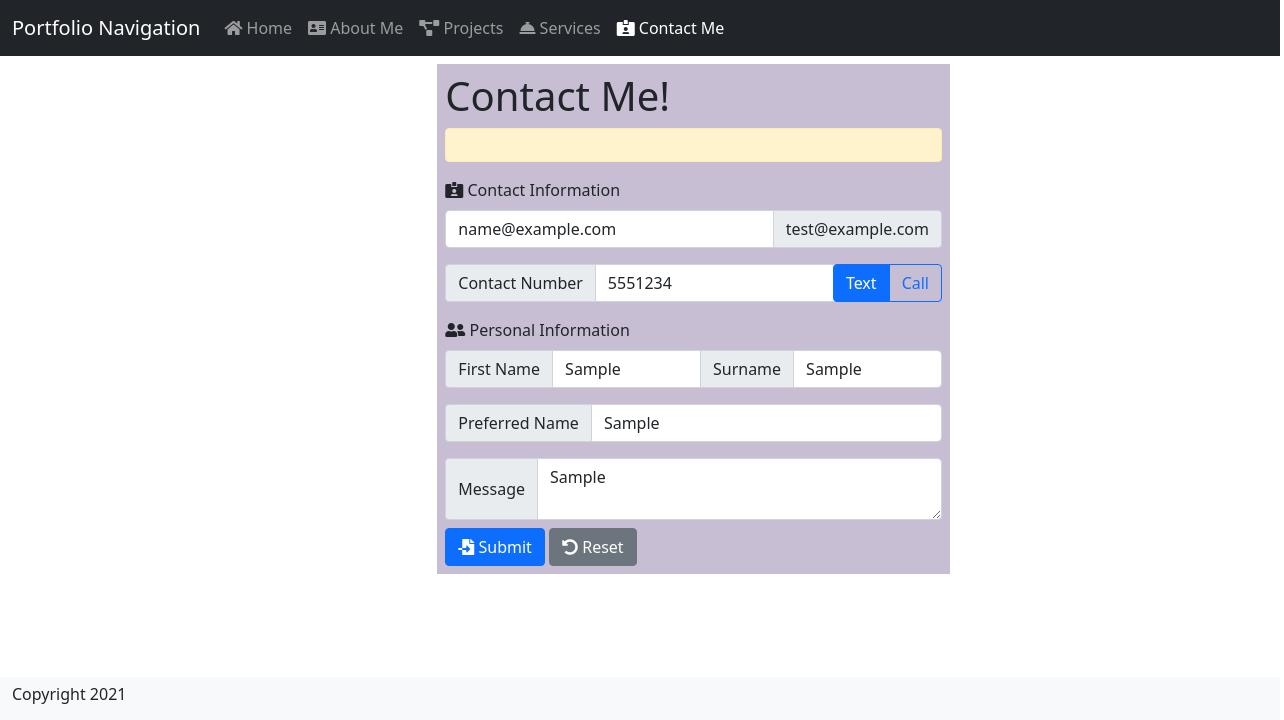
Repository: GarlicButterBoy/Portfolio
Page: contact.html
An editor plug-in stored every save of this project. The page is shown before and after a run of saves, followed by the edit.
The browser window is 1280 px wide. The page is 1284 px wide, so the pictures cover 1284 px, including what lies to the right of the window. The pictures show the whole page.
Empty fields were first filled with sample values (such as "Sample", 5 or name@example.com).
After loading, the first visible `#firstName` was changed once.

Above is the page before, as saved 2021-06-14 11:37:38.

### contact.html
<!DOCTYPE html>
<html lang="en">
<head>
    <meta charset="UTF-8">
    <meta http-equiv="X-UA-Compatible" content="IE=edge">
    <meta name="viewport" content="width=device-width, initial-scale=1.0">
    <title>Nick Sturch-Flint Portfolio</title>
    <link rel="stylesheet" href="./node_modules/bootstrap/dist/css/bootstrap.min.css">
    <link rel="stylesheet" href="./node_modules/@fortawesome/fontawesome-free/css/all.min.css">
    <link rel="stylesheet" href="./Content/app.css">
</head>
<body>
  <!-- Main Navigation -->
    <nav class="navbar navbar-expand-lg navbar-dark bg-dark">
        <div class="container-fluid">
          <a class="navbar-brand" href="#">Portfolio Navigation</a>
          <button class="navbar-toggler" type="button" data-bs-toggle="collapse" data-bs-target="#navbarNavAltMarkup" aria-controls="navbarNavAltMarkup" aria-expanded="false" aria-label="Toggle navigation">
            <span class="navbar-toggler-icon"></span>
          </button>
          <div class="collapse navbar-collapse" id="navbarNavAltMarkup">
            <div class="navbar-nav ml-auto">
              <a id="home" class="nav-link" aria-current="page" href="index.html"><i class="fas fa-home"></i> Home</a>
              <a id="about" class="nav-link" href="about.html"><i class="fas fa-address-card"></i> About Me</a>
              <a id="projects" class="nav-link" href="projects.html"><i class="fas fa-project-diagram"></i> Projects</a>
              <a id="services" class="nav-link" href="services.html"><i class="fas fa-concierge-bell"></i> Services</a>
              <a id="contact" class="nav-link" href="contact.html"><i class="fas fa-id-card-alt"></i> Contact Me</a>
            </div>
          </div>
        </div>
      </nav>
      <!-- End of Main Navigation -->

      <main class="containrer p-2">
        <div class="row">
          <div class=" offset-md-4 col-md-5">
            <div class="jumbotron p-2" id="contentArea">
              <h1>Contact Me!</h1>

              <div class="alert alert-warning" role="alert" id="errorMessage">
              </div>

              <form id="contactForm" action="POST">

              <label for="basic-url" class="form-label"><i class="fas fa-id-card-alt"></i> Contact Information</label>
              <div class="input-group mb-3">
                <input type="email" class="form-control" placeholder="Email" aria-label="Email" aria-describedby="basic-addon2" id="emailAddress" value="">
                <span class="input-group-text" id="basic-addon2">test@example.com</span>
              </div>

              <div class="input-group mb-3">
                <span class="input-group-text" id="basic-addon2">Contact Number</span>
                <input type="tel" class="form-control" placeholder="Contact Number" aria-label="Contact Number" aria-describedby="basic-addon2" id="contactNumber" value="">

                <div class="btn-group" role="group" aria-label="Basic radio toggle button group">
                  <input type="radio" class="btn-check" name="btnradio" id="textCheck" autocomplete="off" checked>
                  <label class="btn btn-outline-primary" for="btnradio1">Text</label>

                  <input type="radio" class="btn-check" name="btnradio" id="callCheck" autocomplete="off">
                  <label class="btn btn-outline-primary" for="btnradio2">Call</label>
                </div>

              </div>

              <label for="basic-url" class="form-label"><i class="fas fa-user-friends"></i> Personal Information</label>
              <div class="input-group mb-3">
                <span class="input-group-text" id="basic-addon3">First Name</span>
                <input type="text" class="form-control" id="firstName" aria-describedby="basic-addon3" value="">

                <span class="input-group-text">Surname</span>
                <input type="text" class="form-control" aria-label="Surname" id="lastName" value="">
              </div>

              <div class="input-group mb-3">
                <span class="input-group-text">Preferred Name</span>
                <input type="text" class="form-control" aria-label="Preferred Name" id="prefName" value="">
              </div>



              <div class="input-group">
                <span class="input-group-text">Message</span>
                <textarea class="form-control" placeholder="Reach out to me with a personalized message" aria-label="Message" id="message" value=""></textarea>
              </div>
              <button class="btn btn-primary mt-2" type="submit" id="submitButton"><i class="fas fa-file-import"></i> Submit</button>
              <button class="btn btn-secondary mt-2" type="reset" id="resetButton"><i class="fas fa-undo-alt"></i> Reset</button>

            </form>
            </div>
          </div>
        </div>
      </main>


      <footer>
        <nav class="navbar fixed-bottom navbar-light bg-light">
          <div class="container-fluid">
            <h6>Copyright 2021</h6>
          </div>
        </nav>
      </footer>

      <!-- Third Party Libraries -->
      <script src="./node_modules/jquery/dist/jquery.min.js"></script>
      <script src="./node_modules/bootstrap/dist/js/bootstrap.min.js"></script>

      <!-- Third Party Libraries -->
    <script src="./Scripts/app.js"></script>
</body>
</html>

### Content/app.css
.jumbotron {
    background-color: #c7bed3;
  }

### Scripts/app.js
class Contact
{
    constructor(emailAddress = "", contactNumber = "", contactName = "", contactMessage = "")
    {
        this.emailAddress = emailAddress;
        this.contactNumber = contactNumber;
        this.contactName = contactName;
        this.contactMessage = contactMessage;
    }
}

"use strict";

//IIFE - Immediately Invoked Function Expression
// OR - Anonymous Self Executing Function
(function()
{
    //declare function variables here...
    let contact = new Contact();
    console.log("%cDeclaring Variables", "color:blue");

    /**
     * Variable Initialization in this function
     */
    function Start()
    {
        console.log("%cInitializing Variables", "color:green");

        PageSwitcher();

        Main();
    }

    function PageSwitcher()
    {
        let name = window.location.pathname; //returns full .html page name
        let pageName = name.substring(1, name.length - 5); //returns page name without the first / and the final .html


        switch(pageName)
        {
            case "index":
                DisplayHome();

                break;
            case "about":
                DisplayAbout();
                break;
            case "projects":
                DisplayProjects();
                break;
            case "services":
                DisplayServices();
                break;
            case "contact":
                DisplayContact();
                break;
            default:
                Display404();
                break;
        }

        $("#"+pageName).addClass("active"); //makes the active page link highlighted
    }

    function DisplayHome()
    {
        function notify() {
            console.log( "clicked" );
          }

        document.getElementById("home").className = "nav-link active";

         $("#projectsButton").on("click", notify, () => {
              location.href = "projects.html";
         });
    }

    function DisplayAbout()
    {

    }

    function DisplayProjects()
    {

    }

    function DisplayServices()
    {

    }

    function DisplayContact()
    {

        function clearForm()
        {
            $("#contactForm")[0].reset();
        }

        $("#errorMessage").hide();

        $("#firstName").on("change", (e) => {
            if($("#firstName").length < 2)
            {
                $("#errorMessage").text = "First Name is too short";
                $("#errorMessage").show();
                console.log("Contact Name Too Short")
            }
            console.log("changed");
        });

        $("#submitButton").on("click", (e) =>
        {
            e.preventDefault();

            let emailAddress = $("#emailAddress").val();
            let contactNumber = $("#contactNumber").val();
            let firstName = $("#firstName").val();
            let lastName = $("#lastName").val();
            let prefName = $("#prefName").val();
            let message = $("#message").val();

            console.log(`Email Address : ${emailAddress}`);
            console.log(`Contact Number: ${contactNumber}`);
            console.log(`Name          : ${prefName} (${lastName}, ${firstName});`);
            console.log(`Message       : ${message}`);

            contact.emailAddress = emailAddress;
            contact.contactNumber = contactNumber;
            contact.contactName = `${prefName} (${lastName}, ${firstName})`;
            contact.contactMessage = message;

            console.log(contact);
            clearForm();
        });

        $("#resetButton").on("click", (e) =>
        {
            e.preventDefault();

            if(confirm("Are you sure?"))
            {
                clearForm();
            }
        });
    }

    function Display404()
    {
        console.log("Page Not Found");
    }

    /**
     * Main program Entry point is here
     */
    function Main()
    {
        console.log("%cMain Program Starting", "color:orange");

    }

    window.addEventListener("load", Start);
})();

Loaded but not shown: node_modules/bootstrap/dist/css/bootstrap.min.css (library); node_modules/@fortawesome/fontawesome-free/css/all.min.css (library); node_modules/jquery/dist/jquery.min.js (library); node_modules/bootstrap/dist/js/bootstrap.min.js (library)

After the next 3 saves:
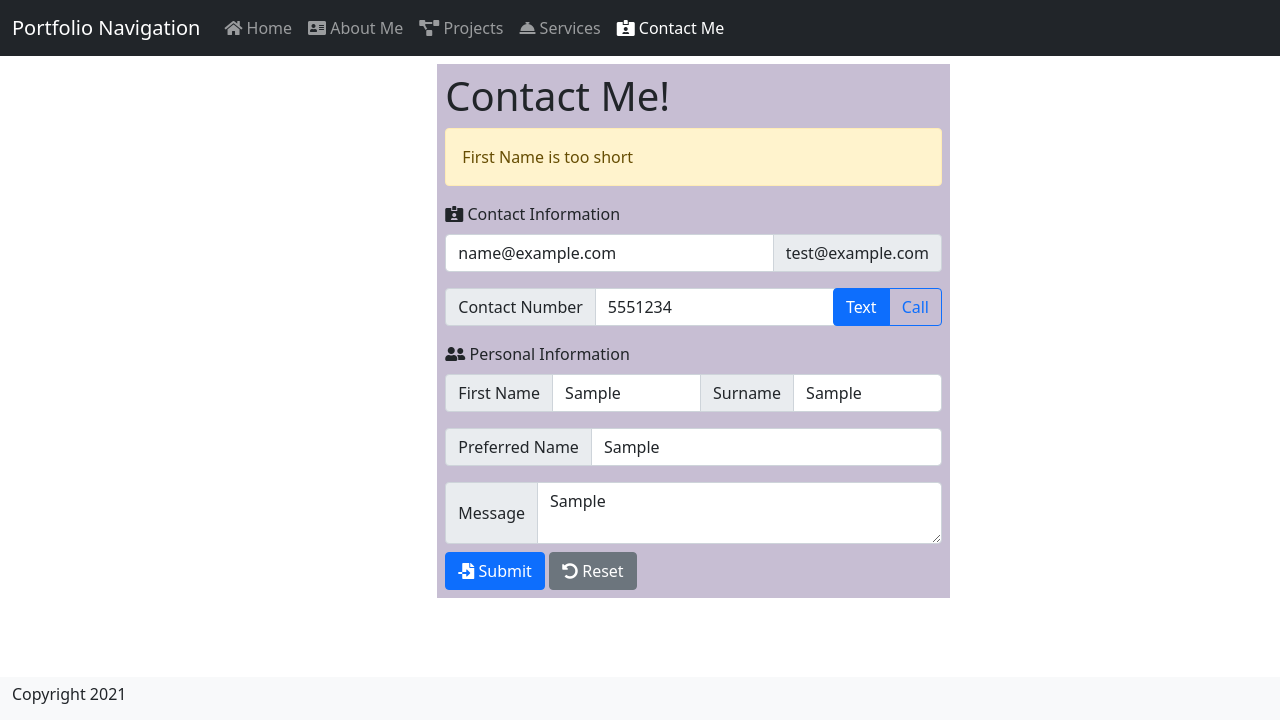
The 3 saves are shown as one change because they came seconds apart.
The last was saved 68 s later.
--- a/Scripts/app.js
+++ b/Scripts/app.js
@@ -104,7 +104,7 @@ class Contact
         $("#firstName").on("change", (e) => {
             if($("#firstName").length < 2)
             {
-                $("#errorMessage").text = "First Name is too short";
+                $("#errorMessage")[0].textContent = "First Name is too short";
                 $("#errorMessage").show();
                 console.log("Contact Name Too Short")
             }
